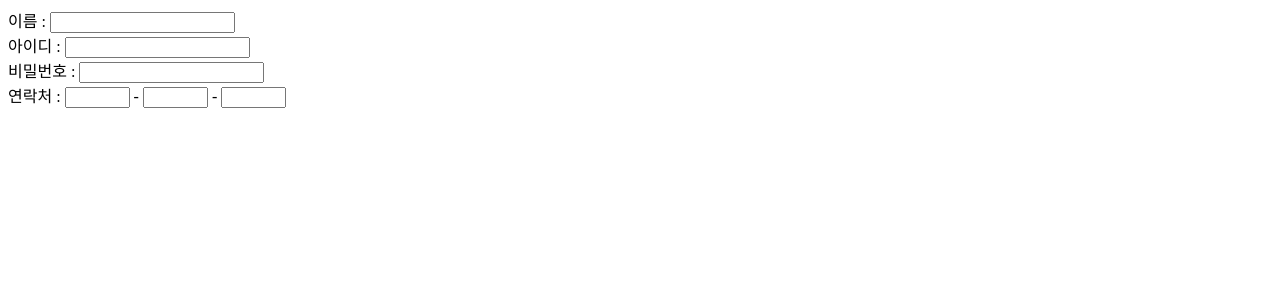
Repository: tjdwlsaos22/TJ_JSP
Page: jsp/HTML/src/main/webapp/Lec06.html
The author's editor kept a copy of each file at every save. The page is drawn from the files as they stood at one save, then again after the next save.
The browser window is 1280 px wide. The pictures show the whole page.

Above is the page before, as saved 2024-01-17 04:50:50.

### jsp/HTML/src/main/webapp/Lec06.html
<!DOCTYPE html>
<html>
	<head>
		<meta charset="UTF-8">
		<title>Insert title here</title>
	</head>
	<body>
		<form action="#" method="get">
			이름	: <input type="text" name="userName"> <br>
			아이디 : <input type="text" name="userId"> <br>
			비밀번호 : <input type="password" name="userPassword"> <br>
			연락처 :
				<input type="text" name="phone1" size="5"> -
				<input type="text" name="phone2" size="5"> -
				<input type="text" name="phone3" size="5"> <br>
		</form>
	</body>
</html>

After the next save:
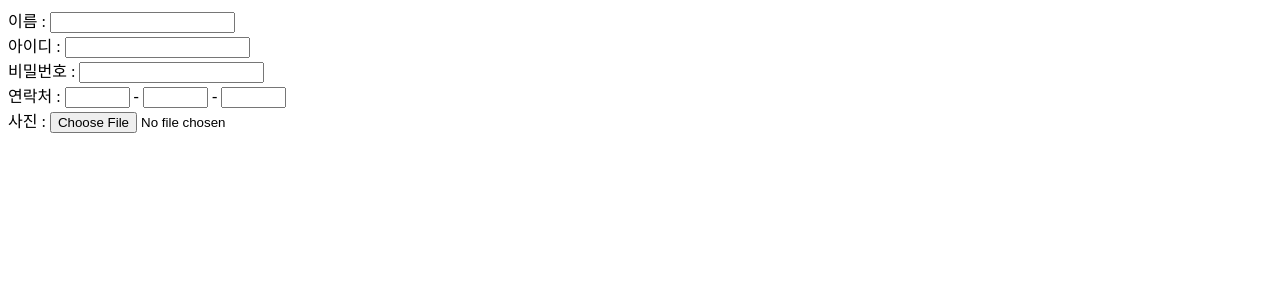
Saved 37 s later.
--- a/jsp/HTML/src/main/webapp/Lec06.html
+++ b/jsp/HTML/src/main/webapp/Lec06.html
@@ -13,6 +13,7 @@
 				<input type="text" name="phone1" size="5"> -
 				<input type="text" name="phone2" size="5"> -
 				<input type="text" name="phone3" size="5"> <br>
+			사진 : <input type="file" name="picture"><br>
 		</form>
 	</body>
 </html>
